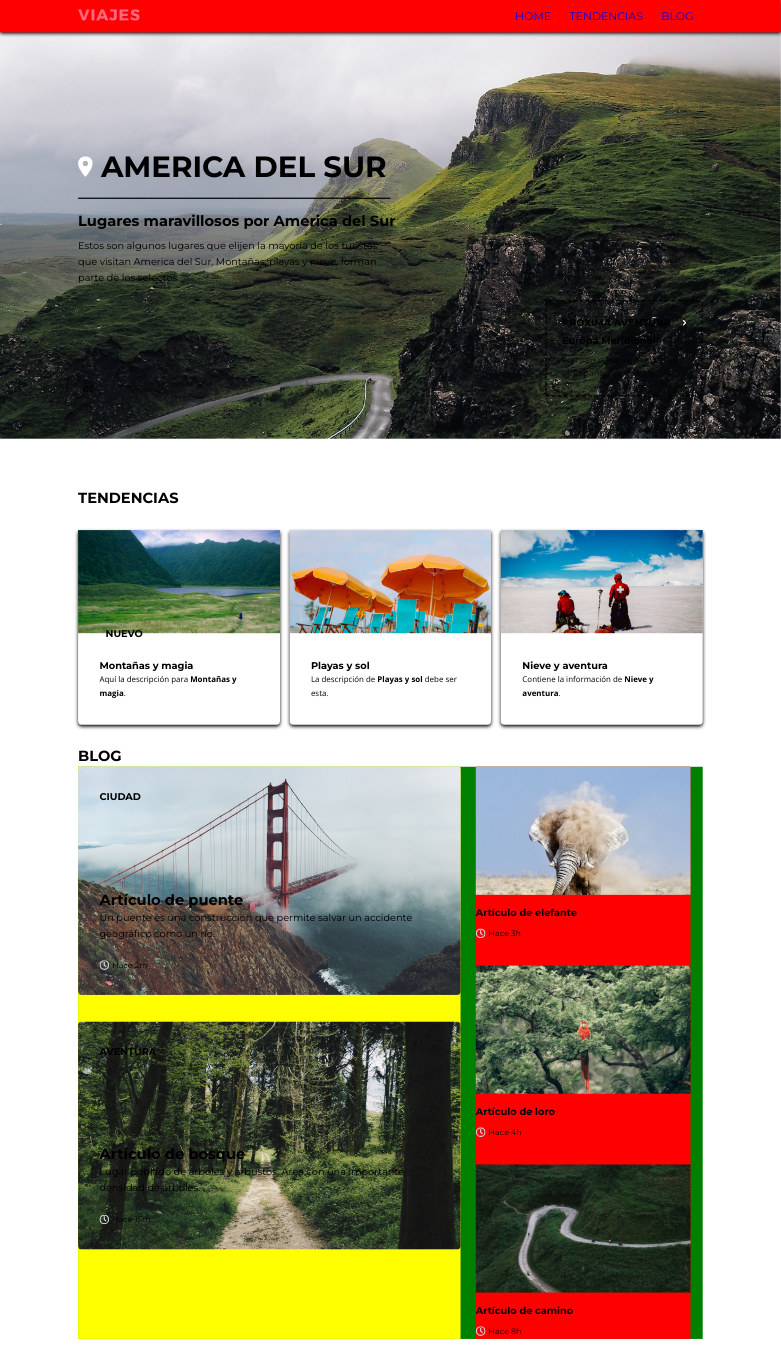
Repository: agustin-mesa/viajes
Page: /
An editor plug-in stored every save of this project. The page is shown before and after the next save, followed by the edit.
The browser window is 1280 px wide. The pictures show the whole page, at 61% of full size.
The project was rebuilt for these pictures with package versions that can differ from the ones it lists, and the page was loaded fresh each time. Also part of the build but not shown: src/components/styles/colors.module.scss.

Above is the page before, as saved 2021-11-12 12:54:31.

After the next save:
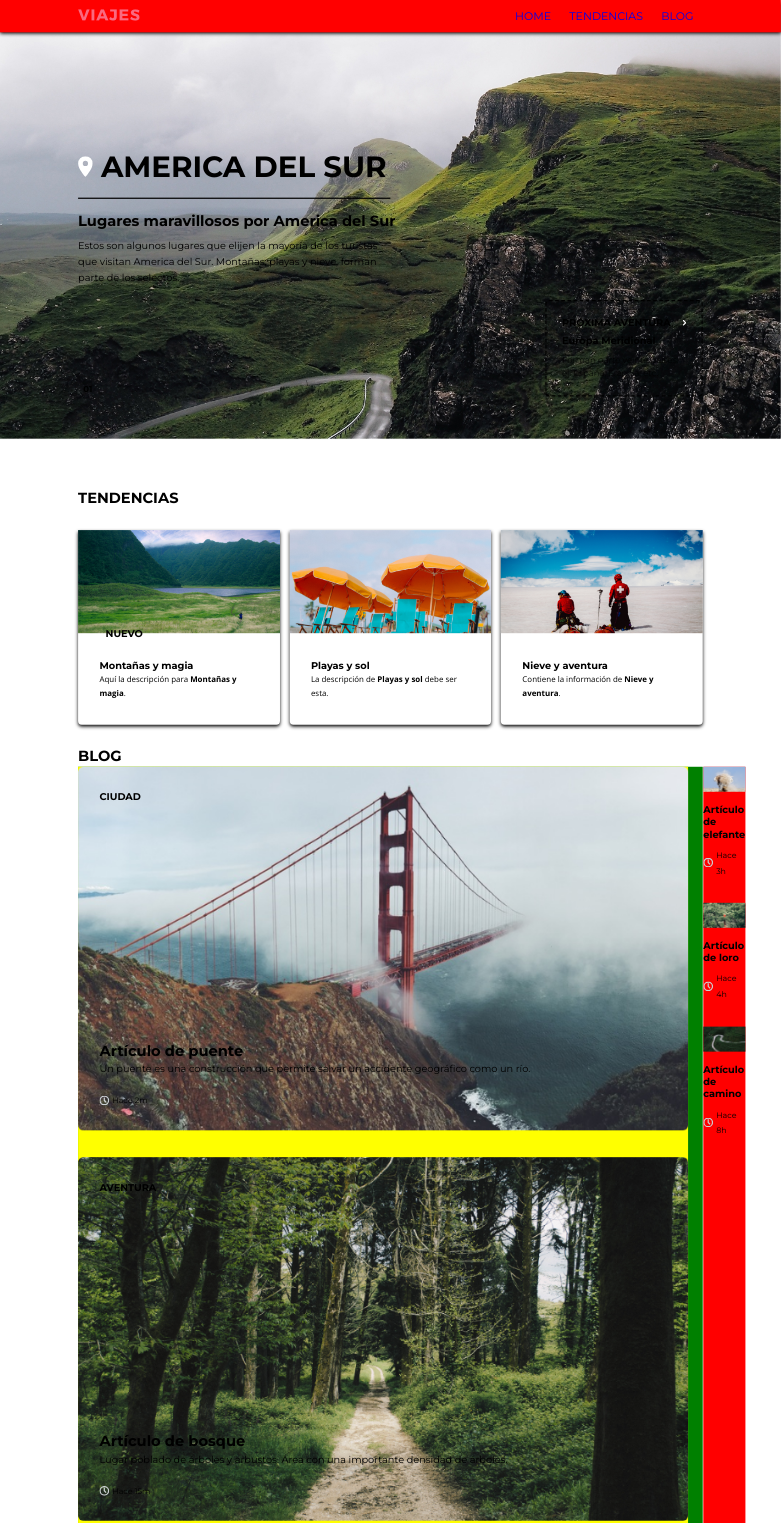
Saved 6 s later.
--- a/src/components/BigNewItem.js
+++ b/src/components/BigNewItem.js
@@ -30,7 +30,7 @@
 
   .img__bg {
     width: 100%;
-    max-width: 1000px;
+    min-width: 1000px;
   }
   .newItem__info {
     position: absolute;

After the save that followed:
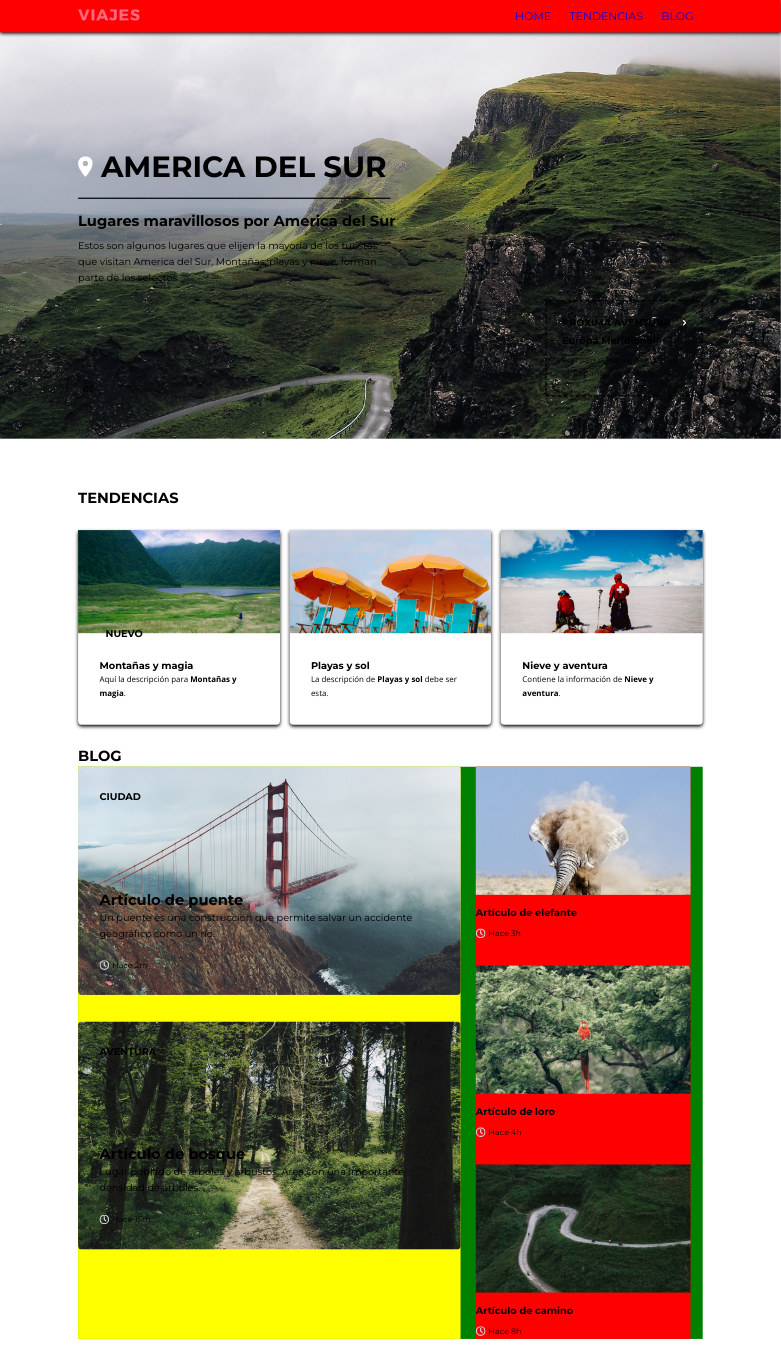
Saved 8 s later.
--- a/src/components/BigNewItem.js
+++ b/src/components/BigNewItem.js
@@ -30,7 +30,7 @@
 
   .img__bg {
     width: 100%;
-    min-width: 1000px;
+    max-width: 1000px;
   }
   .newItem__info {
     position: absolute;
